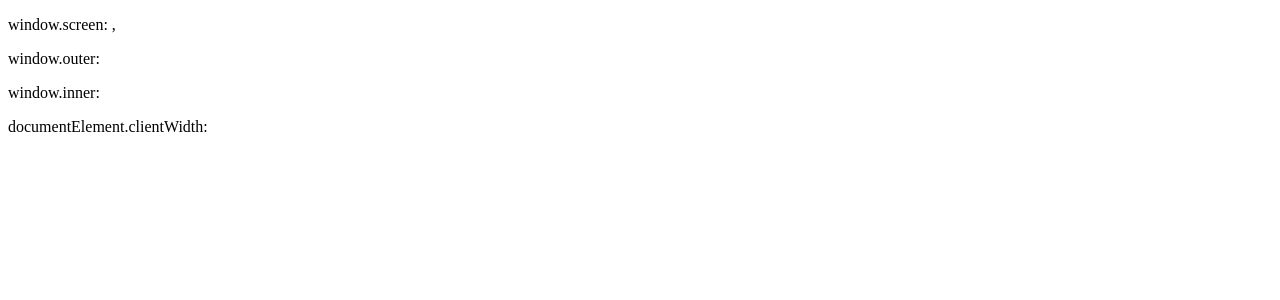
Repository: sephinejo/frontend-browser-101
Page: browser/window_size.html
The author's editor kept a copy of each file at every save. The page is drawn from the files as they stood at one save, then again after the next save.
The browser window is 1280 px wide. The pictures show the whole page.

Above is the page before, as saved 2023-05-10 12:09:55.

After the next save:
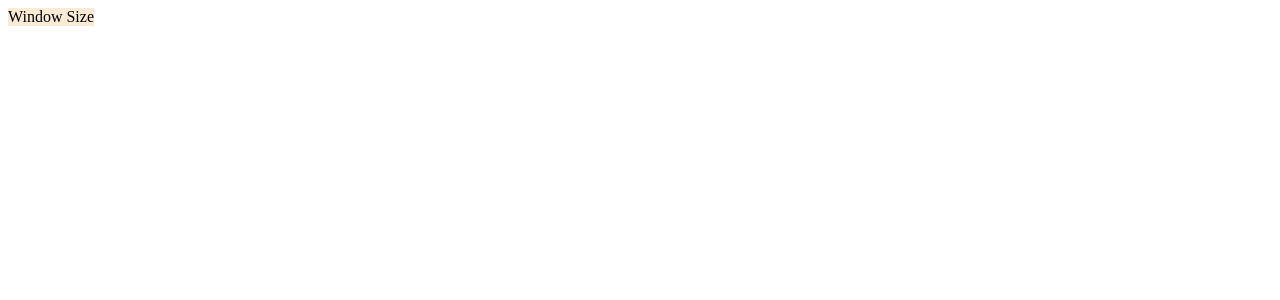
Saved 2 min 11 s later.
--- a/browser/window_size.html
+++ b/browser/window_size.html
@@ -5,18 +5,15 @@
     <meta http-equiv="X-UA-Compatible" content="IE=edge" />
     <meta name="viewport" content="width=device-width, initial-scale=1.0" />
     <title>Window Sizes</title>
+    <style>
+      .tag {
+        display: inline-block;
+        background-color: antiquewhite;
+      }
+    </style>
   </head>
   <body>
-    <p>
-      window.screen: <span class="screen__width"></span>,
-      <span class="screen__height"></span>
-    </p>
-    <p>window.outer: <span class="outer"></span></p>
-    <p>window.inner: <span class="inner"></span></p>
-    <p>documentElement.clientWidth: <span class="clientWidth"></span></p>
-    <script>
-      let screen__width = window.screen.width;
-      let screen__height = window.screen.height;
-    </script>
+    <div class="tag">Window Size</div>
+    <script></script>
   </body>
 </html>
